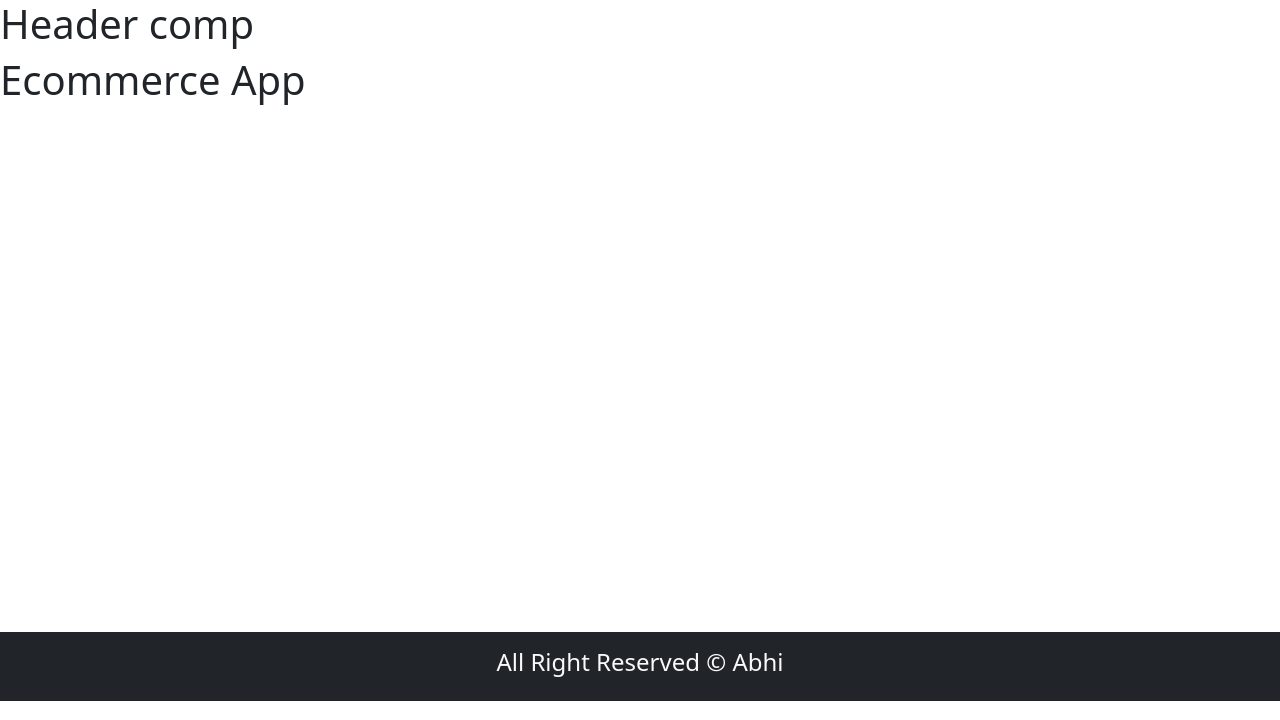
Repository: Abhi2359/SaleXpress
Page: / (app in client/)
An editor plug-in stored every save of this project. The page is shown before and after the next save, followed by the edit.
The browser window is 1280 px wide. The pictures show the whole page.
The project was rebuilt for these pictures with package versions that can differ from the ones it lists, and the page was loaded fresh each time. Also part of the build but not shown: client/vite.config.js, client/src/App.css.

Above is the page before, as saved 2023-05-08 18:22:21.

### client/index.html
<!DOCTYPE html>
<html lang="en">
  <head>
    <meta charset="UTF-8" />
    <link href="https://cdn.jsdelivr.net/npm/bootstrap@5.3.0-alpha3/dist/css/bootstrap.min.css" rel="stylesheet" integrity="sha384-KK94CHFLLe+nY2dmCWGMq91rCGa5gtU4mk92HdvYe+M/SXH301p5ILy+dN9+nJOZ" crossorigin="anonymous">
    <meta name="viewport" content="width=device-width, initial-scale=1.0" />
    <title>SaleXpress</title>
  </head>
  <body>
    <div id="root"></div>
    <script src="https://cdn.jsdelivr.net/npm/bootstrap@5.3.0-alpha3/dist/js/bootstrap.bundle.min.js" integrity="sha384-ENjdO4Dr2bkBIFxQpeoTz1HIcje39Wm4jDKdf19U8gI4ddQ3GYNS7NTKfAdVQSZe" crossorigin="anonymous"></script>
    <script type="module" src="/src/main.jsx"></script>
  </body>
</html>

### client/src/App.jsx
import { useState } from 'react'


import './App.css'
import Layout from './components/Layout/Layout'
function App() {

  return (
    <>
    <Layout>

     <h1>Ecommerce App</h1>
    </Layout>
    </>
  )
}

export default App

### client/src/index.css

@import url('https://fonts.googleapis.com/css2?family=Heebo:wght@600&family=Kumbh+Sans:wght@800&family=Playfair+Display:wght@700&family=Poppins:ital,wght@0,300;0,400;0,500;1,300;1,600&display=swap');


*{
    margin: 0;
    padding: 0;
    box-sizing: border-box;
}

/* font-family: 'Poppins', sans-serif; */
/* font-family: 'Playfair Display', serif; */

### client/src/components/Layout/Layout.jsx
import React from 'react'
import Header from './Header'
import Footer from './Footer'

const Layout = ({children}) => {
  return (
    <div>
        <Header/>
        <main style={{minHeight:"80vh"}}>

        {children}
        </main>
        <Footer/>
    </div>
  )
}

export default Layout

### client/src/components/Layout/Header.jsx
import React from 'react'

const Header = () => {
  return (
    <div>
        <h1>Header comp</h1>
    </div>
  )
}

export default Header

### client/src/components/Layout/Footer.jsx
import React from 'react'

const Footer = () => {
  return (
    <div className='bg-dark text-light p-3'>
        <h4 className='text-center'> All Right Reserved &copy; Abhi</h4>
    </div>
  )
}

export default Footer

Loaded but not shown: client/src/main.jsx (common file)

After the next save:
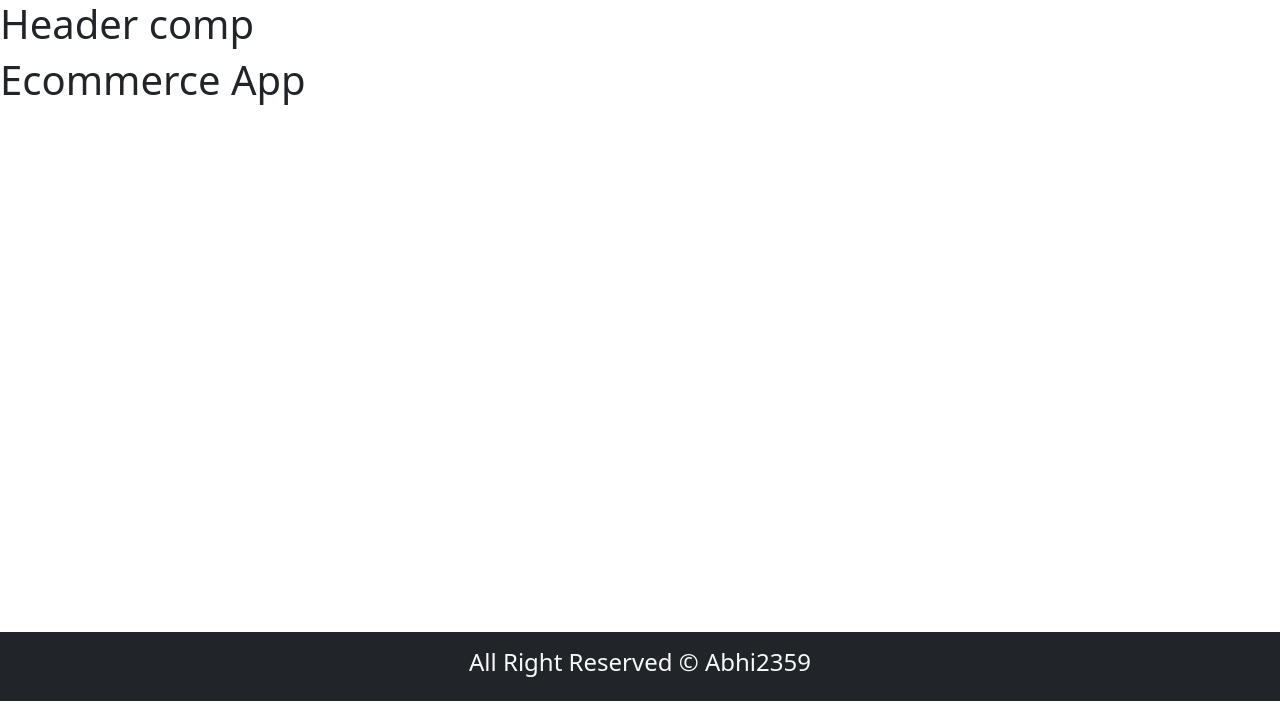
Saved 4 s later.
--- a/client/src/components/Layout/Footer.jsx
+++ b/client/src/components/Layout/Footer.jsx
@@ -3,7 +3,7 @@ import React from 'react'
 const Footer = () => {
   return (
     <div className='bg-dark text-light p-3'>
-        <h4 className='text-center'> All Right Reserved &copy; Abhi</h4>
+        <h4 className='text-center'> All Right Reserved &copy; Abhi2359</h4>
     </div>
   )
 }
